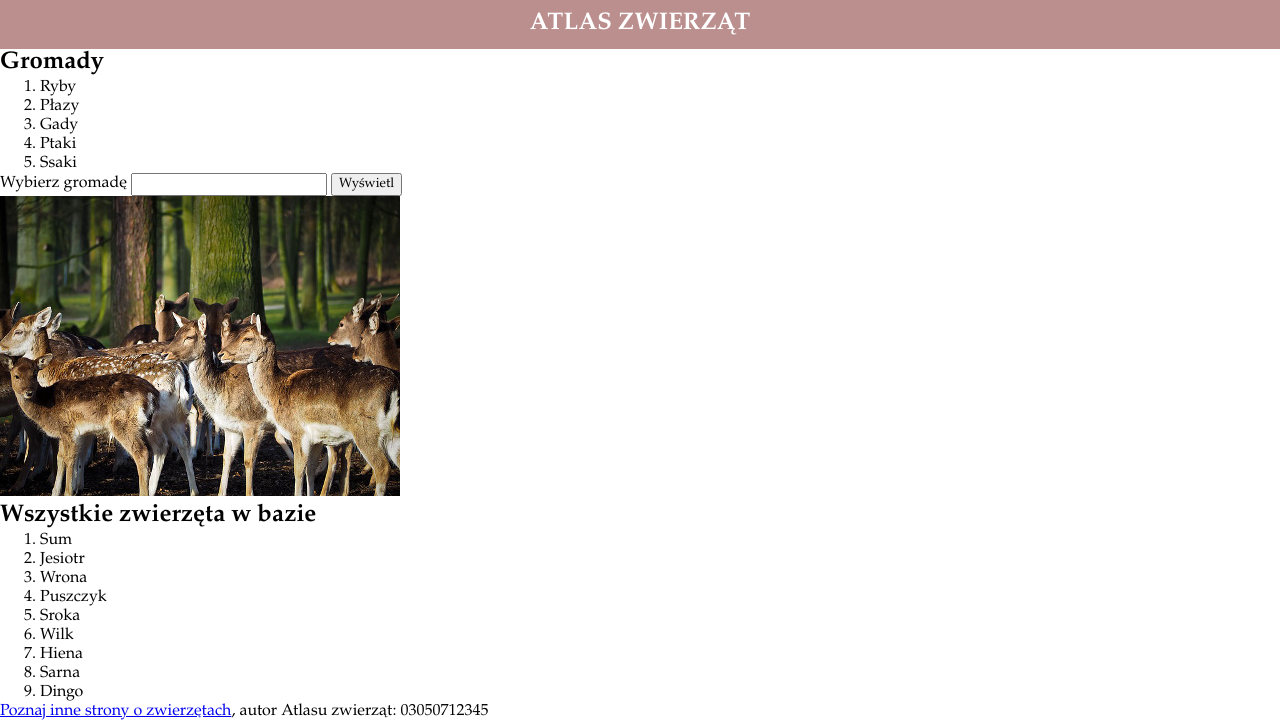
Repository: Lenerystia/HTML
Page: Zad.egz_3/index.html
The author's editor kept a copy of each file at every save. The page is drawn from the files as they stood at one save, then again after the next save.
The browser window is 1280 px wide. The pictures show the whole page.

Above is the page before, as saved 2021-12-22 14:08:16.

### Zad.egz_3/index.html
<!DOCTYPE html>
<head>
    <meta http-equiv="content-type" type="text/html" charset="UTF-8">
    <title>Dane o zwierzętach</title>
    <link rel="stylesheet" href="styl3.css">
</head>
<body>
    <section class="baner">
        <h1>ATLAS ZWIERZĄT</h1>
    </section>
    <section class="formularz">
        <h2>Gromady</h2>
        <ol>
            <li>Ryby</li>
            <li>Płazy</li>
            <li>Gady</li>
            <li>Ptaki</li>
            <li>Ssaki</li>
        </ol>
        <form action="http://www.przykładowastrona.com" method="post">Wybierz gromadę
            <input type="number" name="Wybierz gromadę" id="gromada">
            <input type="submit" value="Wyświetl">
        </form>
    </section>
    <section class="glownyLewy">
        <img src="zwierzeta.jpg" alt="dzikie zwierzęta">
    </section>
    <section class="glownySrodkowy">

    </section>
    <section class="glownyPrawy">
        <h2>Wszystkie zwierzęta w bazie</h2>
        <ol>
            <li>Sum</li>
            <li>Jesiotr</li>
            <li>Wrona</li>
            <li>Puszczyk</li>
            <li>Sroka</li>
            <li>Wilk</li>
            <li>Hiena</li>
            <li>Sarna</li>
            <li>Dingo</li>
        </ol>
    </section>
    <section class="stopka">
        <a href="atlas-zwierzat.pl" target="_blank"> Poznaj inne strony o zwierzętach</a>, autor Atlasu zwierząt: 03050712345

    </section>
</body>
</html>

### Zad.egz_3/styl3.css
*{
    font-family: Garamond;
    margin: 0;
}
.baner{
    background-color: rosybrown;
    color: white;
    text-align: center;
    padding: 10px;
}

After the next save:
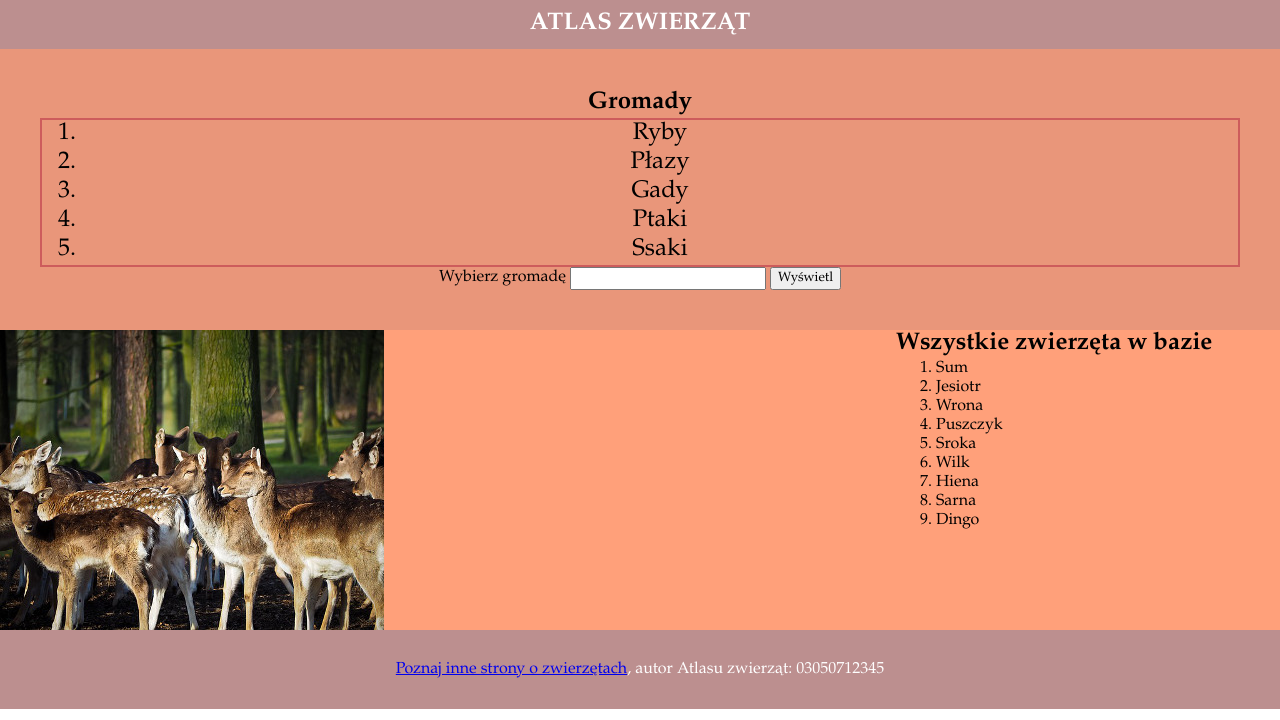
Saved 4 s later.
--- a/Zad.egz_3/styl3.css
+++ b/Zad.egz_3/styl3.css
@@ -8,3 +8,38 @@
     text-align: center;
     padding: 10px;
 }
+.formularz{
+    background-color: darksalmon;
+    text-align: center;
+    padding: 40px;
+}
+.glownyLewy, .glownyPrawy{
+    background-color: lightsalmon;
+}
+.glownyLewy{
+    float: left;
+    width: 30%;
+    height: 300px;
+}
+.glownySrodkowy{
+    background-color: lightsalmon;
+    height: 300px;
+    width: 40%;
+    float: left;
+}
+.glownyPrawy{
+    float: left;
+    width: 30%;
+    height: 300px;
+}
+.stopka{
+    background-color: rosybrown;
+    color: white;
+    text-align: center;
+    padding: 30px;
+    clear: both;
+}
+.formularz ol{
+    border: 2px solid rgb(205, 92, 92);
+    font-size: 150%;
+}
